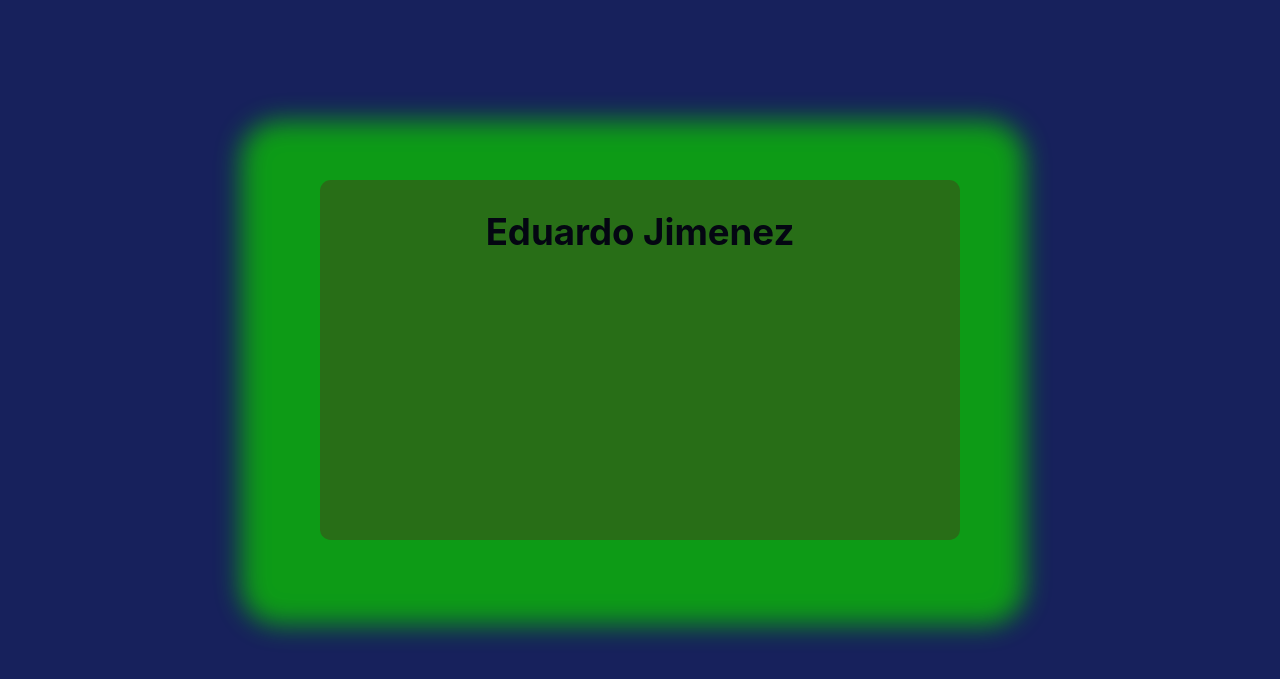
Repository: l8nightswithJS/react-my-portfolio
Page: /
An editor plug-in stored every save of this project. The page is shown before and after the next save, followed by the edit.
The browser window is 1280 px wide. The pictures show the whole page.
The project was rebuilt for these pictures with package versions that can differ from the ones it lists, and the page was loaded fresh each time.

Above is the page before, as saved 2021-04-28 15:06:31.

After the next save:
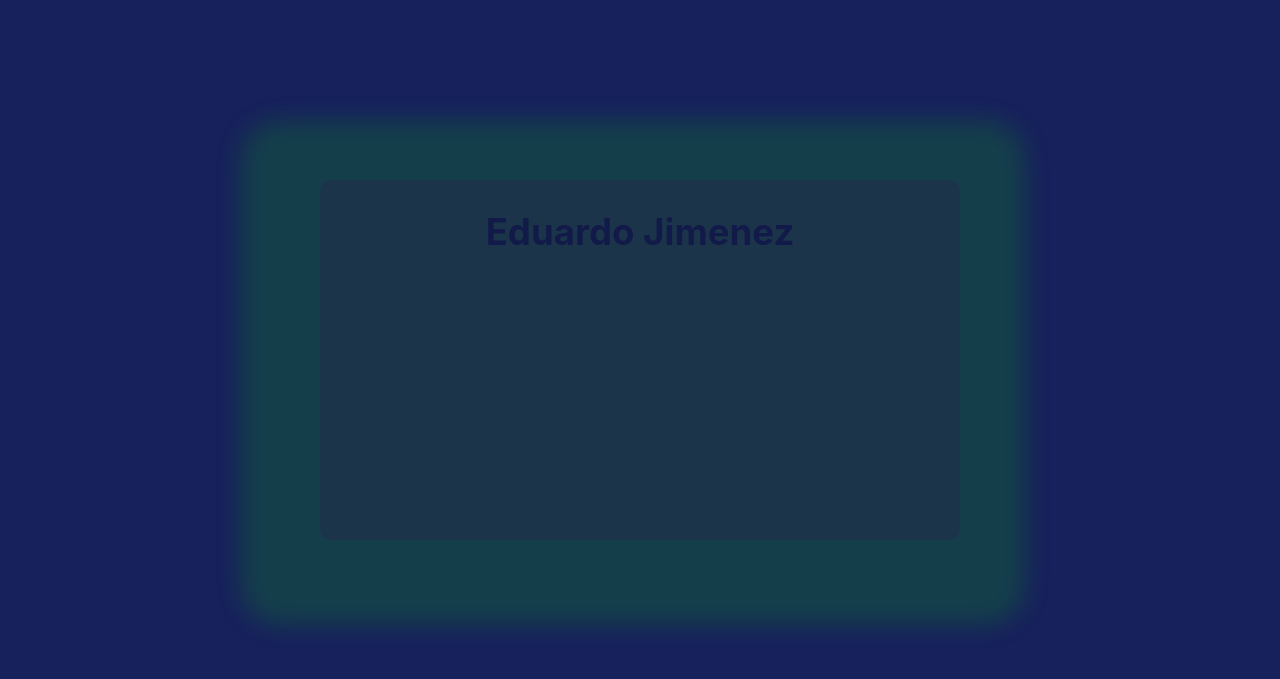
Saved 5 s later.
--- a/src/App.css
+++ b/src/App.css
@@ -18,7 +18,7 @@
   font-size: calc(10px + 2vmin);
   color: white;
   box-shadow: -1vh 1vw 2vw 10vh rgb(12, 187, 6);
-  opacity: .8;
+  opacity: .2;
   border-radius: 1.5vh;
 }
 

After the save that followed:
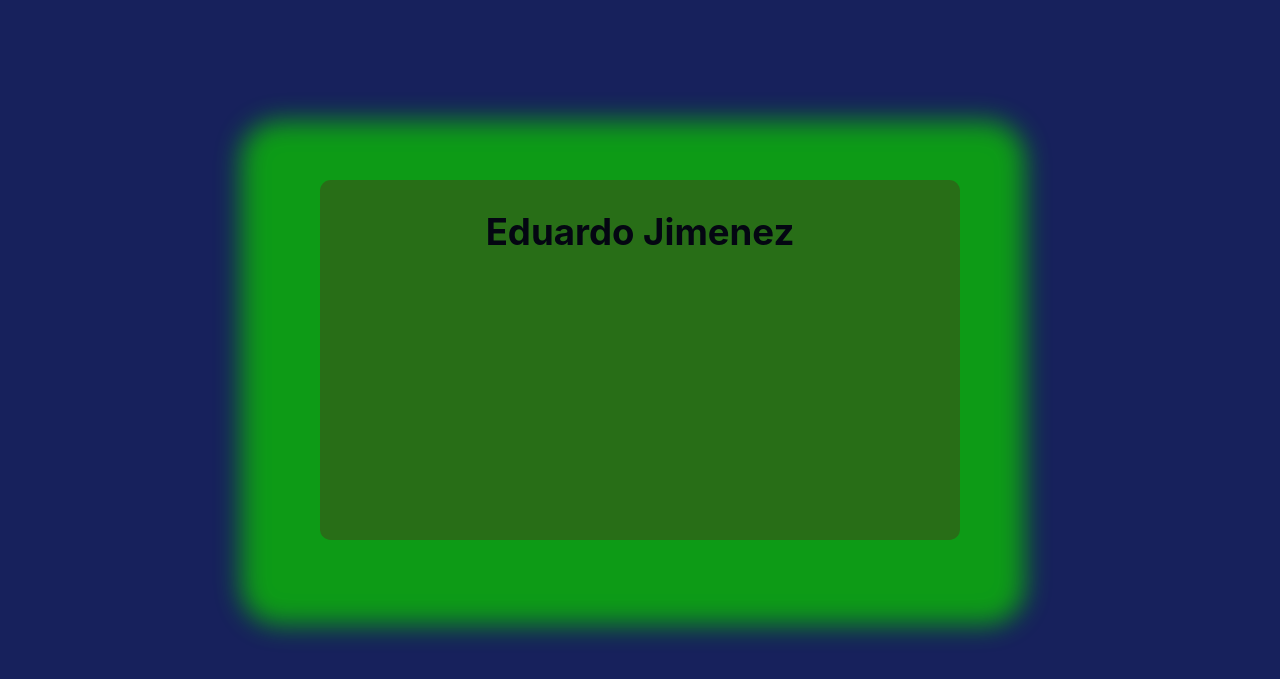
Saved 6 s later.
--- a/src/App.css
+++ b/src/App.css
@@ -18,7 +18,7 @@
   font-size: calc(10px + 2vmin);
   color: white;
   box-shadow: -1vh 1vw 2vw 10vh rgb(12, 187, 6);
-  opacity: .2;
+  opacity: .8;
   border-radius: 1.5vh;
 }
 
